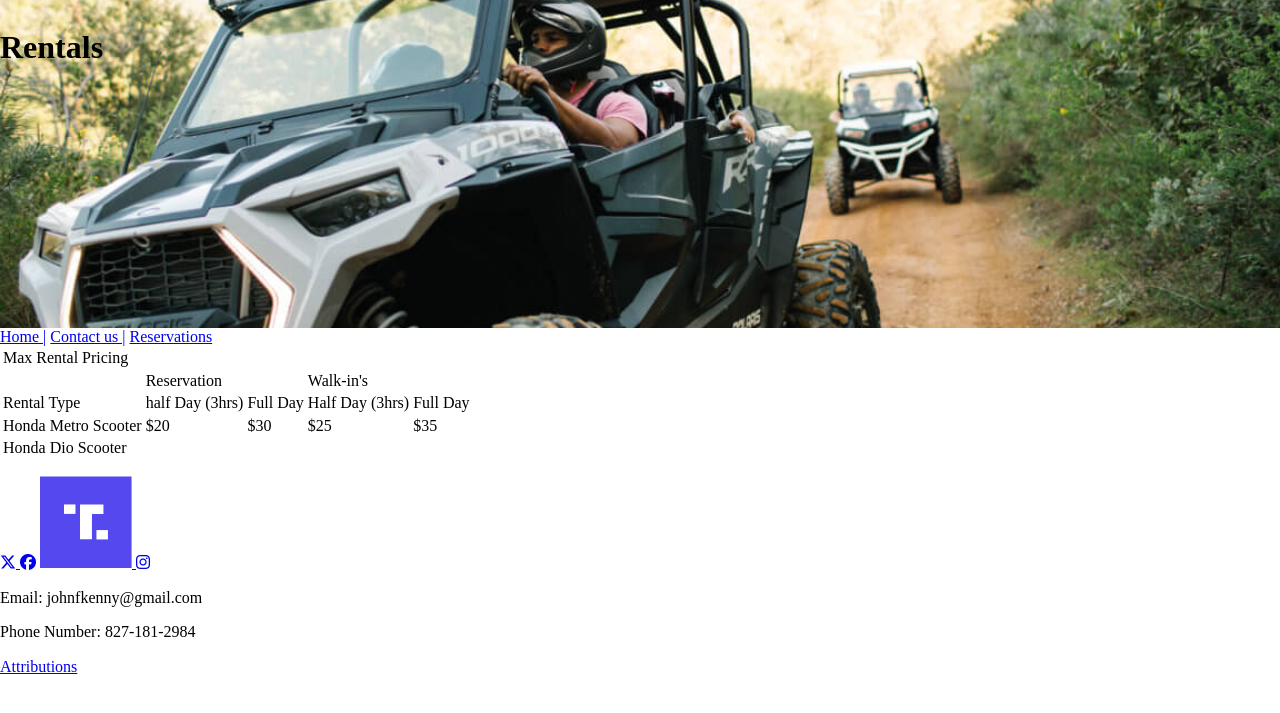
Repository: nak97/WDD230
Page: scoots/rentals-page/rentals-page.html
An editor plug-in stored every save of this project. The page is shown before and after the next save, followed by the edit.
The browser window is 1280 px wide. The pictures show the whole page.
Some web libraries are served in a nearby version.

Above is the page before, as saved 2023-12-11 13:30:52.
Console error: TypeError: Document.getElementById is not a function

### scoots/rentals-page/rentals-page.html
<!DOCTYPE html>
<html lang="en">
<head>
  <meta charset="UTF-8">
  <meta name="viewport" content="width=device-width, initial-scale=1.0">
  <title>Nick Keen - WDD 230 - Web Frontend Development</title>
  <meta name="description" content="WDD 230 - Nicholas Keen  - Web Frontend Final Project">
  <meta name="author" content="Nicholas Keen">
  <meta property="og:title" content="facebook"/>
  <meta property="og:type" content="website" />
  <meta property="og:url" content="facebook.com" />
  <meta property="og:image" content="images/facebook-meta-tag-pic.png" />
  <link rel="stylesheet" href="styles/base.css">
  <link rel="stylesheet" href="styles/media.css">
  <link rel="stylesheet" href="styles/normalize.css">
</head>
<body>

  <header>
<h1>Rentals</h1>
  </header>

  <nav>
<a href="../home-page/home.html">Home |</a>
<a href="../contact/contact.html">Contact us |</a>
<a href="../reservations/reservations.html">Reservations</a>
  </nav>

  <main>
    <table>
      <tbody>
        <tr> <td>  Max Rental Pricing</td></tr>
        <tr>
          <td></td>
          <td colspan="2"> Reservation</td>
          <td colspan="2">Walk-in's</td>
      </tr>

        <tr>
          <td>Rental Type</td>
          <td>half Day (3hrs)</td>
          <td>Full Day</td>
          <td>Half Day (3hrs)</td>
          <td>Full Day</td>
      </tr>
        <tr>
        <td>Honda Metro Scooter</td>
        <td><span id="price-half-metro"></span></td>
        <td><span id="price-f-metro"></span></td>
        <td><span id="price-h-w"> </span></td>
        <td id="price-f-w"> </td>
        <td></td>
      </tr>
        <tr>
          <td>Honda Dio Scooter</td>
          <td> <span id="dio-h-r"></span></td>
          <td> <span id="dio-f-r"></span></td>
          <td> <span id="dio-h-w"></span></td>
          <td> <span id="dio-f-w"></span></td>
          <td></td>
        </tr>
        <tr>
          <td></td>
          <td></td>
          <td></td>
          <td></td>
          <td></td>
          <td></td>
        </tr>
        <tr>
          <td></td>
          <td></td>
          <td></td>
          <td></td>
          <td></td>
          <td></td>
        </tr>
        <tr>
          <td></td>
          <td></td>
          <td></td>
          <td></td>
          <td></td>
          <td></td>
        </tr>
        <tr>
        <td></td>
        <td></td>
        <td></td>
        <td></td>
        <td></td>
        <td></td>
        </tr>






      </tbody>





    </table>






















  </main>





<footer>

  <a href="https://twitter.com/" target="_blank" > <i class="fa-brands fa-x-twitter"></i> </a>
  <a href="https://www.facebook.com" target="_blank"><i class="fa-brands fa-facebook"></i></a>
  <a href="https://truthsocial.com/" target="_blank"> <img class="truth-social-icon" src="images/truth-social.svg" alt="truth social"> </a>
  <a href="https://www.instagram.com/" target="_blank"><i class="fa-brands fa-instagram"></i></a>

<section class="info">
<p>Email: johnfkenny@gmail.com</p>
<p>Phone Number: 827-181-2984</p>
<a href="attributions.html" target="_blank">Attributions</a>
</section>


</footer>



<script src="./scripts/pricing.js"></script>
<script src="https://kit.fontawesome.com/615002bc5f.js" crossorigin="anonymous"></script>
</body>


</html>

### scoots/rentals-page/styles/base.css
header {
  background-image: url(../images/OHV-SEO-1152x768.jpg);
  background-repeat: no-repeat;
  height: 20rem;
  background-position: 10% 67%;
  background-size: cover;
  margin-top: 0 ;
  padding-top: 0.5rem;
}

### scoots/rentals-page/scripts/pricing.js
const url = './data/pricing.json'
async function getPrice() {
 const response = await fetch(url);
 const data = await response.json();
//  console.log(data)
 document.getElementById('price-half-metro').innerText = data.reservation[0].hd;
 document.getElementById('price-f-metro').innerText = data.reservation[0].fd ;
 document.getElementById('price-h-w').innerText = data.walk[0].hd;
 document.getElementById('price-f-w').innerText = data.walk[0].fd;

 Document.getElementById('dio-h-r').innerText = data.reservation[1].hd;
 Document.getElementById('dio-f-r').innerText = data.reservation[1].fd;
 Document.getElementById('dio-h-w').innerText = data.walk[1].hd;
 Document.getElementById('dio-f-w').innerText = data.walk[1].fd;








}
getPrice();

### scoots/rentals-page/data/pricing.json
{
  "reservation":[
      {
        "type": "Honda Metro Scooter ",
        "hd": "$20",
        "fd": "$30"
      },

      {
        "type": " Honda Dio Scooter",
        "hd": "$30 ",
        "fd": "$40 "
      },

      {
        "type": " Honda CX150 Scooter",
        "hd": "$40 ",
        "fd": "$50 "
      },


      {
        "type": " Honda Pioneer",
        "hd": "$50 ",
        "fd": "$70 "
      },

      {
        "type": " Jeep Wrangler - 4 door with a/c",
        "hd": "$70 ",
        "fd": "$100 "
      },

      {
        "type": " Jeep Wrangler - 2 door ",
        "hd": "$60 ",
        "fd": "$85 "
      }
  ],

  "walk":[
{
  "type": "Honda Metro Scooter ",
  "hd": "$25",
  "fd": "$35"
},

{
  "type": " Honda Dio Scooter",
  "hd": "$35 ",
  "fd": "$45 "
},

{
  "type": " Honda CX150 Scooter",
  "hd": "$45 ",
  "fd": "$55 "
},

{
  "type": " Honda Pioneer",
  "hd": "$60 ",
  "fd": "$80 "
},

{
  "type": " Jeep Wrangler - 4 door with a/c",
  "hd": "$85 ",
  "fd": "$125 "
},

{
  "type": " Jeep Wrangler - 2 door ",
  "hd": "$70 ",
  "fd": "$90 "
}

  ]
}

Loaded but not shown: scoots/rentals-page/styles/normalize.css (library); scoots/rentals-page/styles/media.css (no stored copy; drawn as an empty file)

After the next save:
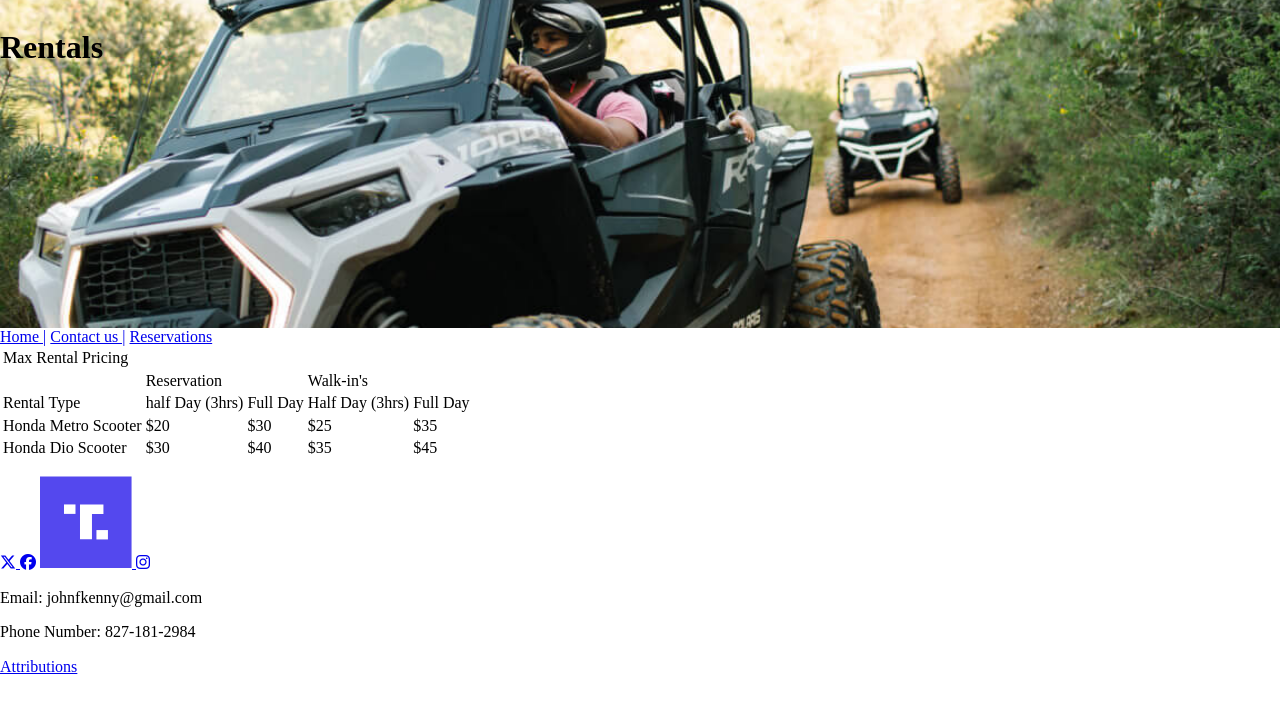
The error is gone.
Saved 17 s later.
--- a/scoots/rentals-page/scripts/pricing.js
+++ b/scoots/rentals-page/scripts/pricing.js
@@ -8,10 +8,10 @@ async function getPrice() {
  document.getElementById('price-h-w').innerText = data.walk[0].hd;
  document.getElementById('price-f-w').innerText = data.walk[0].fd;
 
- Document.getElementById('dio-h-r').innerText = data.reservation[1].hd;
- Document.getElementById('dio-f-r').innerText = data.reservation[1].fd;
- Document.getElementById('dio-h-w').innerText = data.walk[1].hd;
- Document.getElementById('dio-f-w').innerText = data.walk[1].fd;
+ document.getElementById('dio-h-r').innerText = data.reservation[1].hd;
+ document.getElementById('dio-f-r').innerText = data.reservation[1].fd;
+ document.getElementById('dio-h-w').innerText = data.walk[1].hd;
+ document.getElementById('dio-f-w').innerText = data.walk[1].fd;
 
 
 
